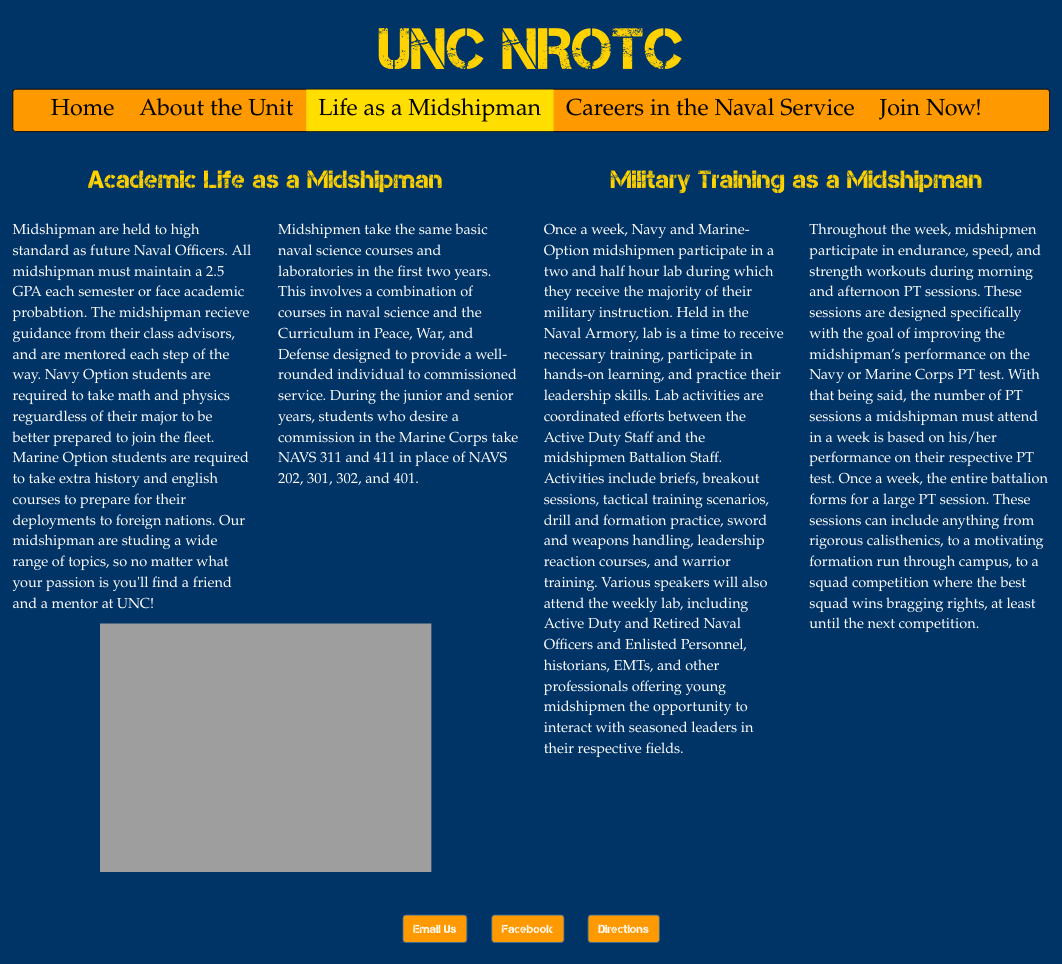
Repository: dhruvshankar96/Comp-126-Final-Project
Page: page2.html
The author's editor kept a record of every edit. The page is drawn from the files as they stood at one moment, then again after the next edit.
The browser window is 1280 px wide. The pictures show the whole page, at 83% of full size.
Pictures or frames that could not be fetched are drawn as grey boxes. Some web libraries are served in a nearby version.

Above is the page before.

After the next edit:
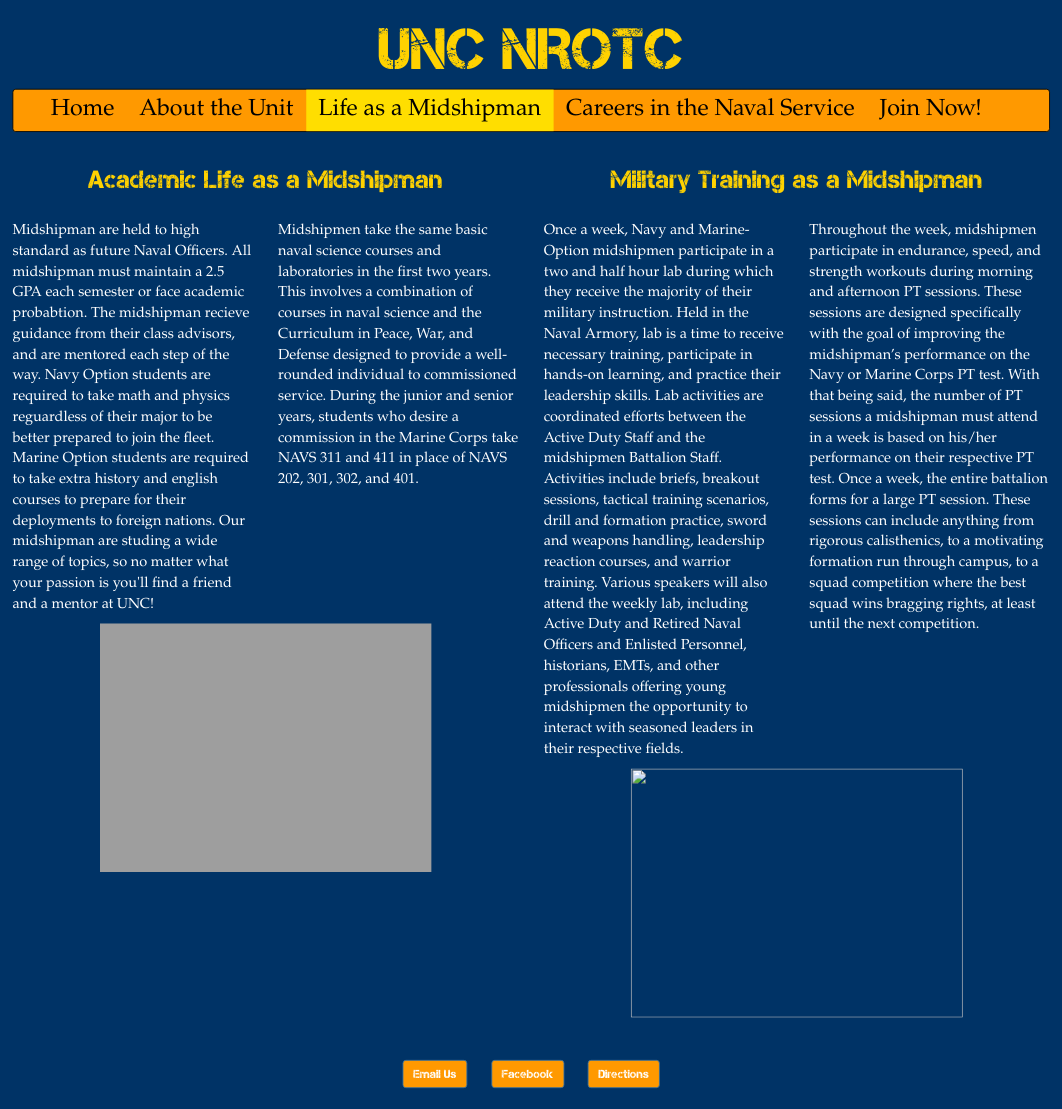
Not found: resources/images/Oral_Boards_Inspection
The edit:
--- a/page2.html
+++ b/page2.html
@@ -69,6 +69,7 @@
                                 for a large PT session. These sessions can include anything from rigorous calisthenics, to a motivating formation run through campus, to a squad competition where the best squad wins bragging rights, at least until the
                                 next competition.</p>
                         </div>
+                        <img src="./resources/images/Oral_Boards_Inspection" height="300" width="400"></img>
                     </div>
                 </div>
             </div>
